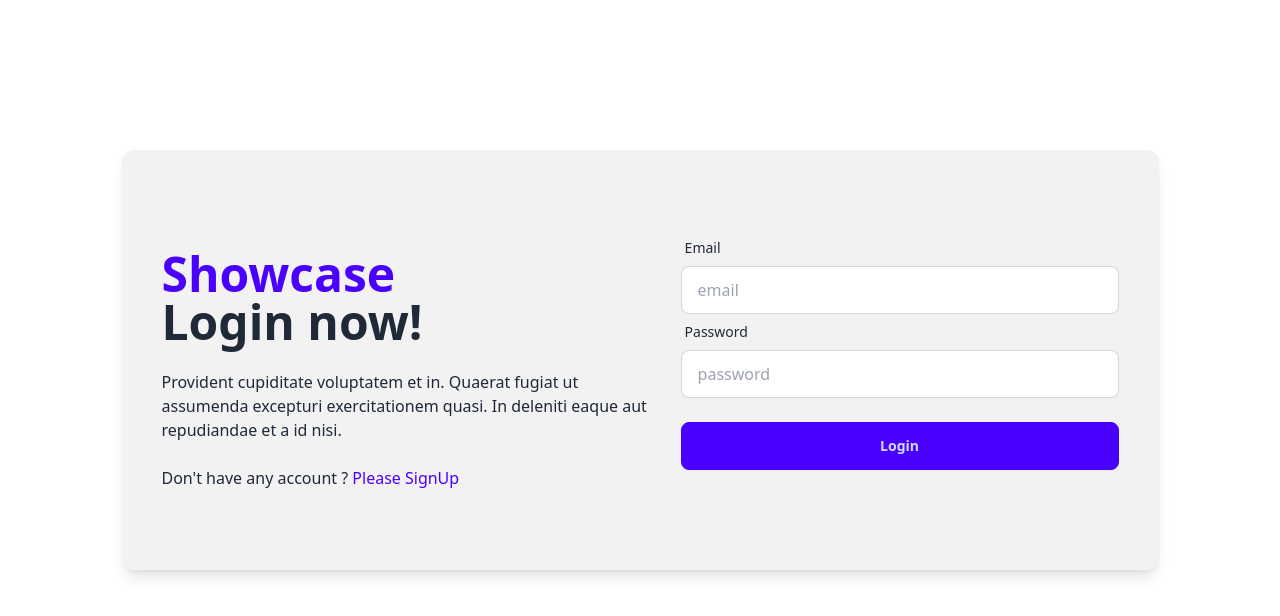
Repository: ShouravAhammed/Showcase
Page: /Login
The author's editor kept a copy of each file at every save. The page is drawn from the files as they stood at one save, then again after the next save.
The browser window is 1280 px wide. The pictures show the whole page.
The project was rebuilt for these pictures with package versions that can differ from the ones it lists, and the page was loaded fresh each time. Also part of the build but not shown: vite.config.js, src/Pages/SignUp/SignUp.jsx, src/Components/Shared/Navbar.jsx, src/Layouts/Root.jsx, src/Pages/Home/Home.jsx.

Above is the page before, as saved 2024-08-19 02:13:56.

### src/main.jsx
import { StrictMode } from 'react'
import { createRoot } from 'react-dom/client'
import {
  RouterProvider,
} from "react-router-dom";
import './index.css'
import router from './Routes/Routes';

createRoot(document.getElementById('root')).render(
  <StrictMode>
    <RouterProvider router={router}/>
  </StrictMode>,
)

### src/index.css
/* Fonts from google fonts */
@import url('https://fonts.googleapis.com/css2?family=Poppins:ital,wght@0,100;0,200;0,300;0,400;0,500;0,600;0,700;0,800;0,900;1,100;1,200;1,300;1,400;1,500;1,600;1,700;1,800;1,900&display=swap');

@tailwind base;
@tailwind components;
@tailwind utilities;

### src/Routes/Routes.jsx
import {
    createBrowserRouter,
} from "react-router-dom";
import SignUp from "../Pages/SignUp/SignUp";
import Login from "../Pages/Login/Login";
import Root from "../Layouts/Root";
import Home from "../Pages/Home/Home";

const router = createBrowserRouter([
    {
      path: "/",
      element: <Root/>,
      children: [
        {
          path: "/",
          element: <Home/>
        },
      ]
    },
    {
        path: "/signUp",
        element: <SignUp/>
    },
    {
        path: "/Login",
        element: <Login/>
    }
  ]);
export default router;

### src/Pages/Login/Login.jsx
import { Link } from "react-router-dom";


const Login = () => {

    const handleLogin = () => {

    }

    return (
        <div className="min-h-screen flex justify-center items-center">
        <div className="  bg-base-200 shadow-lg h-1/2 py-20 rounded-xl">
            <div className="flex flex  gap-5 lg:flex-row-reverse px-10 ">

                <div className="  w-full max-w-xl ">
                    <form className="" onSubmit={handleLogin}>
                        <div className="form-control">
                            <label className="label">
                                <span className="label-text">Email</span>
                            </label>
                            <input name="email" type="email" placeholder="email" className="input input-bordered" required />
                        </div>
                        <div className="form-control">
                            <label className="label">
                                <span className="label-text">Password</span>
                            </label>
                            <input name="password" type="password" placeholder="password" className="input input-bordered" required />

                        </div>
                        <div className="form-control mt-6">
                            <button className="btn btn-primary">Login</button>
                        </div>
                    </form>
                </div>
                <div className="text-center lg:text-left max-w-2xl mt-5">

                    <div>
                        <h1 className="text-5xl font-bold text-primary">Showcase </h1>
                        <h1 className="text-5xl font-bold">Login now!</h1>
                        <p className="py-6">
                            Provident cupiditate voluptatem et in. Quaerat fugiat ut assumenda excepturi exercitationem
                            quasi. In deleniti eaque aut repudiandae et a id nisi.
                        </p>

                    </div>
                    <div>
                        <p>Don't  have any account ? <Link className="text-primary" to={'/register'}>Please SignUp </Link></p>
                    </div>
                </div>
            </div>
        </div>
    </div>
    );
};

export default Login;

### tailwind.config.js
/** @type {import('tailwindcss').Config} */
import daisyui from "daisyui";
export default {
content: ["./index.html", "./src/**/*.{js,ts,jsx,tsx}"],
theme: {
extend: {
  fontFamily: {
    "Poppins": 'font-family: "Poppins", sans-serif;',
  },
},
},
plugins: [daisyui],
daisyui: { themes: ["light"] },
};

Loaded but not shown: index.html (common file)

After the next save:
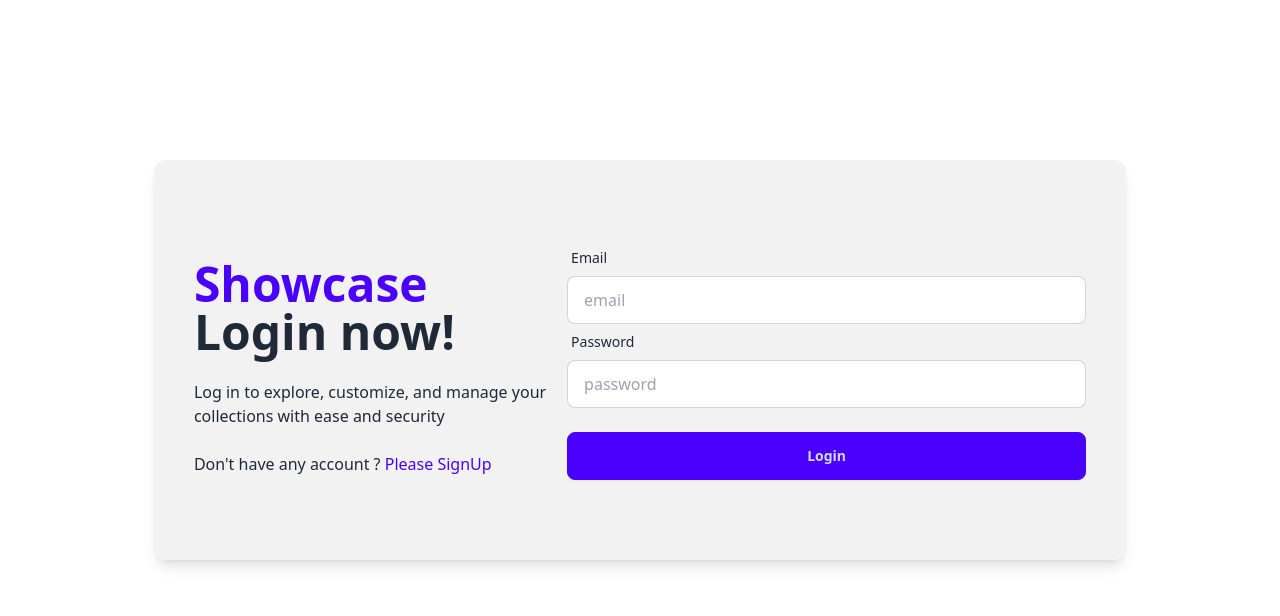
Saved 95 s later.
--- a/src/Pages/Login/Login.jsx
+++ b/src/Pages/Login/Login.jsx
@@ -38,8 +38,7 @@ const Login = () => {
                         <h1 className="text-5xl font-bold text-primary">Showcase </h1>
                         <h1 className="text-5xl font-bold">Login now!</h1>
                         <p className="py-6">
-                            Provident cupiditate voluptatem et in. Quaerat fugiat ut assumenda excepturi exercitationem
-                            quasi. In deleniti eaque aut repudiandae et a id nisi.
+                        Log in to explore, customize, and manage your collections with ease and security
                         </p>
 
                     </div>
